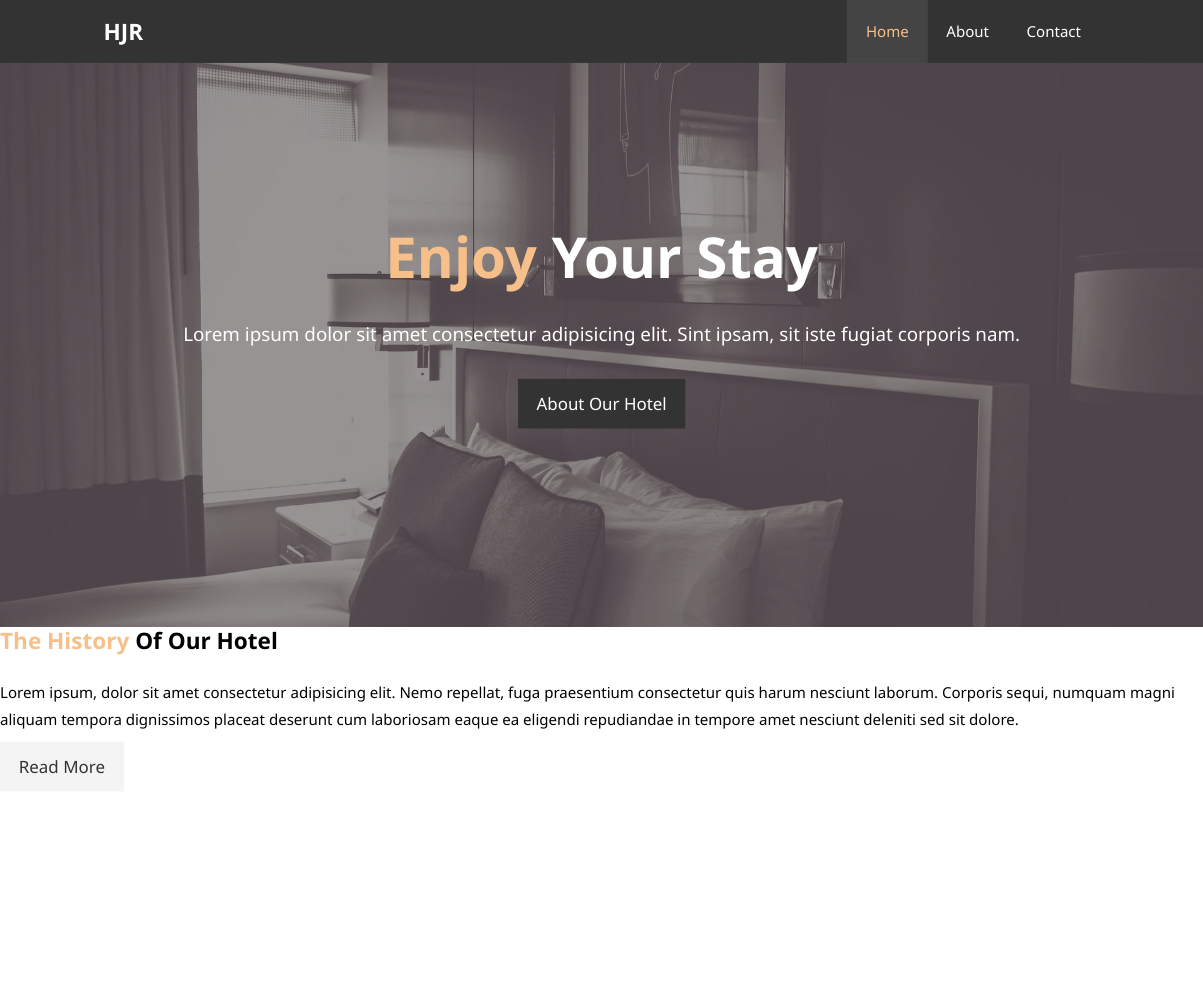
Repository: dimlutine/Hotel-Project
Page: index.html
These files come from the project's save history. The page is drawn as it stood at one moment and after the next save; the edit follows.
The browser window is 1280 px wide. The pictures show the whole page, at 94% of full size.

Above is the page before, as saved 2019-07-05 22:15:16.

### index.html
<!DOCTYPE html>
<html lang="en">

<head>
    <meta charset="UTF-8">
    <meta name="viewport" content="width=device-width, initial-scale=1.0">
    <meta http-equiv="X-UA-Compatible" content="ie=edge">
    <meta name="description" content="Welcome to the neatest hotel in Durham, North Carolina!">
    <meta name="keywords" content="hotel,durham hotel, north carolina hotel, rdu hotel">
    <link rel="stylesheet" href="css/style.css">
    <title>Hotel JR | Durham Hotel</title>
</head>

<body>
    <header>
        <nav id="navbar">
            <div class="container">
                <h1 class="logo"><a href="index.html">HJR</a></h1>
                <ul>
                    <li><a class="current" href="index.html">Home</a></li>
                    <li><a href="about.html">About</a></li>
                    <li><a href="contact.html">Contact</a></li>
                </ul>
            </div>

        </nav>
        <div id="showcase">
            <div class="container">
                <div class="showcase-content">
                    <h1>
                        <span class="text-primary">Enjoy</span> Your Stay
                    </h1>
                    <p class="lead">Lorem ipsum dolor sit amet consectetur adipisicing elit. Sint ipsam, sit iste fugiat corporis nam.</p>
                    <a class="btn" href="about.html">About Our Hotel</a>
                </div>
            </div>
        </div>
    </header>

    <section id="home-info" class="bg-dark">
        <div class="info-img"></div>
        <div class="info-content">
            <h2><span class="text-primary">The History </span>Of Our Hotel</h2>
            <p>Lorem ipsum, dolor sit amet consectetur adipisicing elit. Nemo repellat, fuga praesentium consectetur quis harum nesciunt laborum. Corporis sequi, numquam magni aliquam tempora dignissimos placeat deserunt cum laboriosam eaque ea eligendi
                repudiandae in tempore amet nesciunt deleniti sed sit dolore.</p>
            <a href="about.html" class="btn btn-light">Read More</a>
        </div>
    </section>
</body>

</html>

### css/style.css
* {
    padding: 0;
    margin: 0;
    box-sizing: border-box;
}

html,
body {
    font-family: 'Segoe UI', 'Segoe UI', Tahoma, Geneva, Verdana, sans-serif;
    line-height: 1.7em;
}

a {
    color: #333;
    text-decoration: none;
}

h1,
h2,
h3 {
    padding-bottom: 20px;
}

p {
    margin: 10px 0;
}


/* Utilities */

.container {
    margin: auto;
    max-width: 1100px;
    overflow: auto;
    padding: 0 20px;
}

.text-primary {
    color: #f7c08a;
}

.lead {
    font-size: 20px;
}

.btn {
    display: inline-block;
    font-size: 18px;
    color: #fff;
    background: #333;
    padding: 13px 20px;
    border: none;
    cursor: pointer;
}

.btn:hover {
    background: #f7c08a;
    color: #333;
}

.btn-light {
    background: #f4f4f4;
    color: #333;
}

#navbar {
    background: #333;
    color: #fff;
    overflow: auto;
}

#navbar a {
    color: #fff;
}

#navbar h1 {
    float: left;
    padding-top: 20px;
}

#navbar ul {
    float: right;
    list-style: none;
}

#navbar ul li {
    float: left;
}

#navbar ul li a {
    display: block;
    padding: 20px;
    text-align: center;
}

#navbar ul li a:hover,
#navbar ul li a.current {
    background: #444;
    color: #f7c08a;
}


/* Showcase */

#showcase {
    background: url('../img/showcase.jpg') no-repeat center center/cover;
    height: 600px;
}

#showcase .showcase-content {
    color: #fff;
    text-align: center;
    padding-top: 170px;
}

#showcase .showcase-content h1 {
    font-size: 60px;
    line-height: 1.2em;
}

#showcase .showcase-content p {
    padding-bottom: 20px;
    line-height: 1.7em;
}


/* Home Info */

#home-info {
    height: 400px;
}

$home-info .info-img {
    float: left;
    width: 50%;
    background: url('../img/photo-1.jpg') no-repeat;
    min-height: 100%;
}

After the next save:
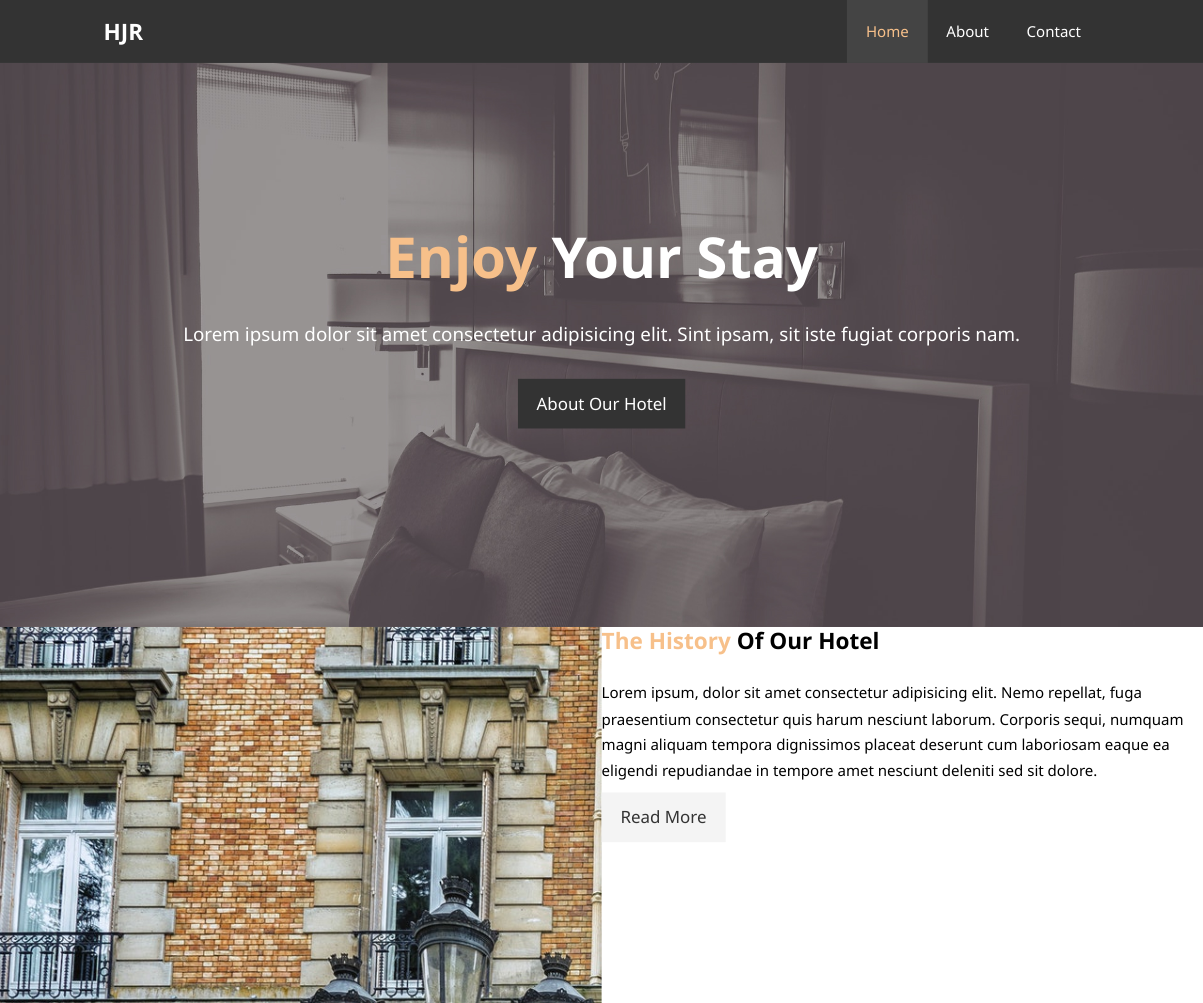
Saved 17 s later.
--- a/css/style.css
+++ b/css/style.css
@@ -130,7 +130,7 @@ p {
     height: 400px;
 }
 
-$home-info .info-img {
+#home-info .info-img {
     float: left;
     width: 50%;
     background: url('../img/photo-1.jpg') no-repeat;
